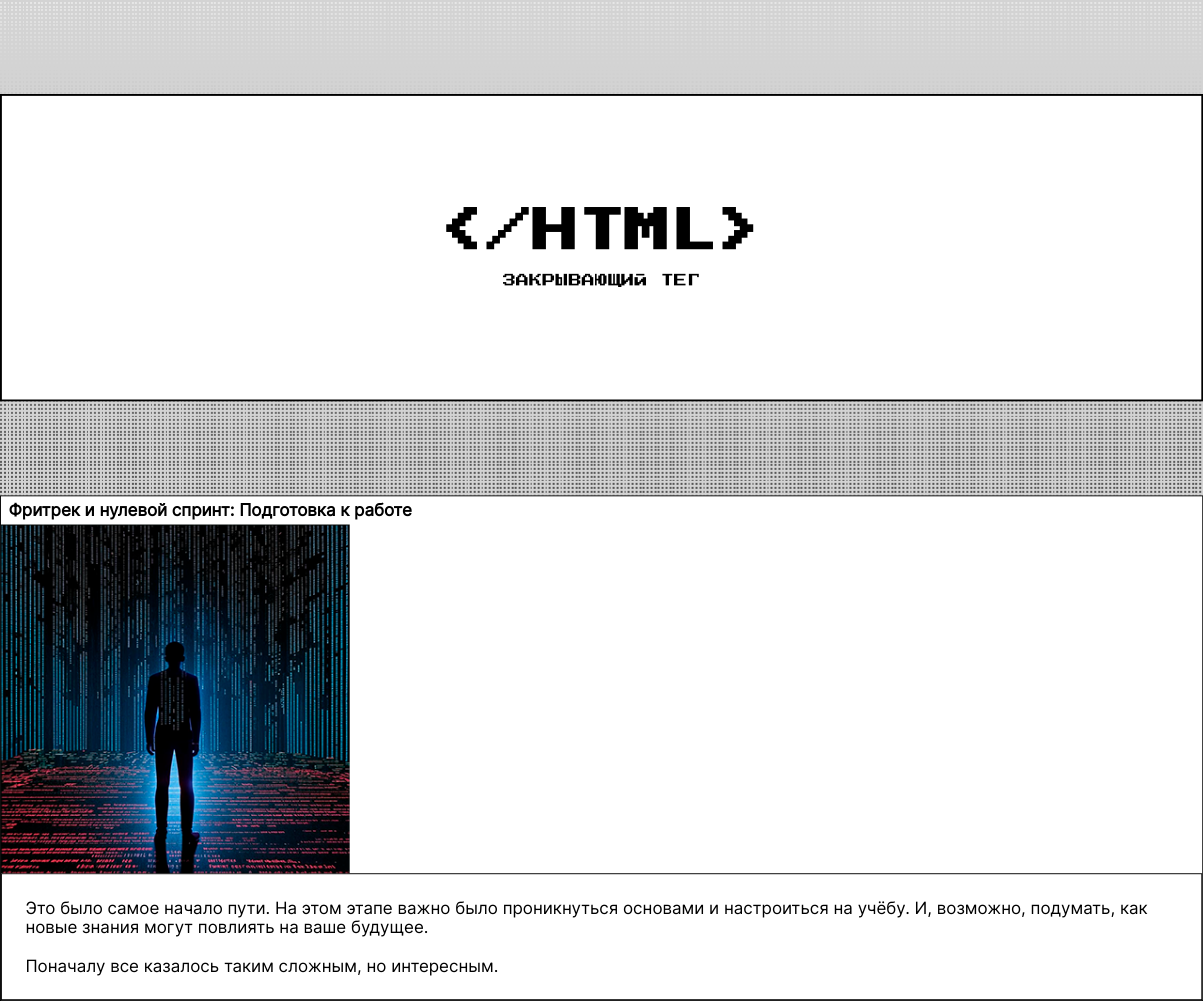
Repository: NikWolf75/zakrivayuschiy-teg-f
Page: index.html
These files come from the project's save history. The page is drawn as it stood at one moment and after a run of saves; the edit follows.
The browser window is 1280 px wide. The pictures show the whole page, at 94% of full size.
Backgrounds fixed to the window are drawn as part of the page.

Above is the page before, as saved 2025-03-16 17:37:55.

After the next 2 saves:
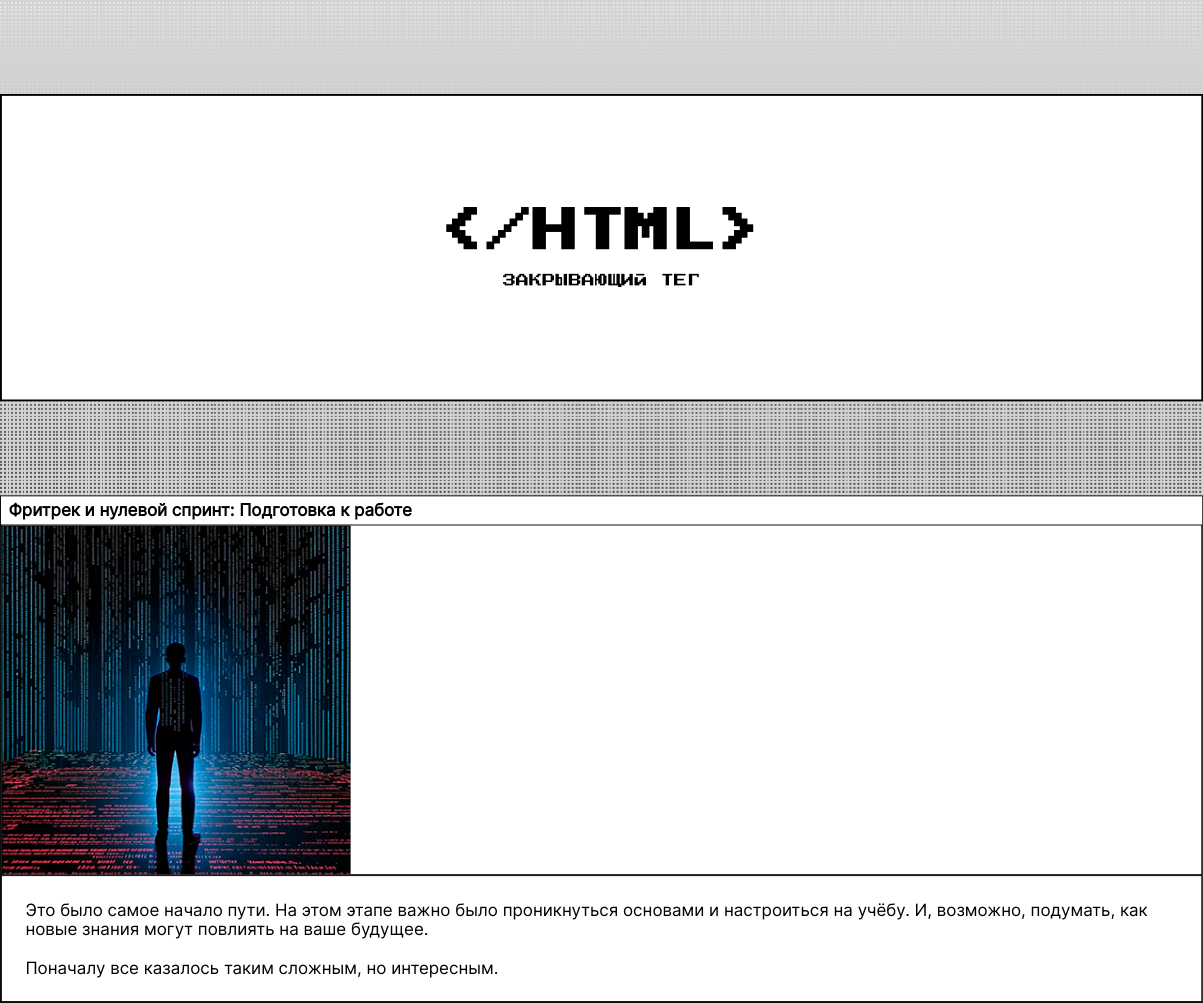
The 2 saves are shown as one change because they came seconds apart.
The last was saved 26 s later.
--- a/styles/style.css
+++ b/styles/style.css
@@ -82,7 +82,7 @@
   display: inline-flex;
   width: 100%;
   position: relative;
-  border: 1px var
+  border: 1px var(--border-color) solid;
 }
 
 .main__text, .main__sub-text {
